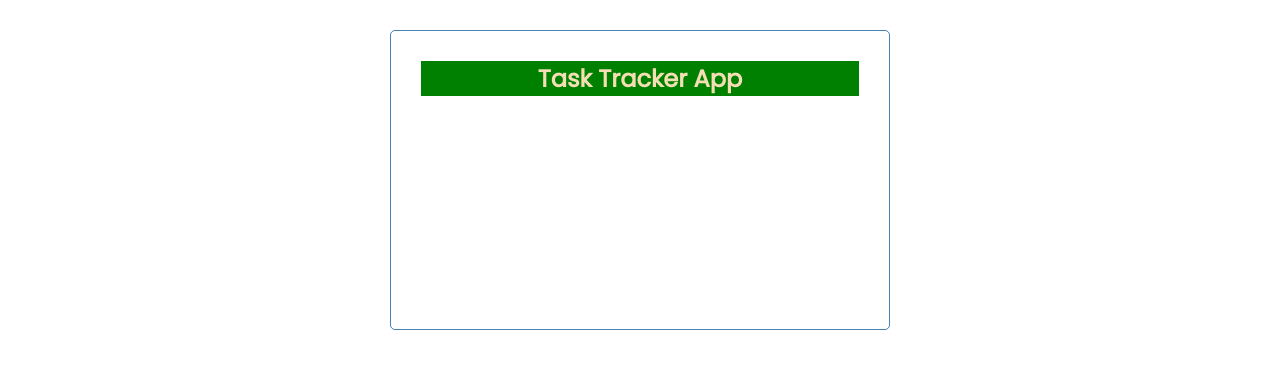
Repository: feyroozecode/task_tracker
Page: /
The author's editor kept a copy of each file at every save. The page is drawn from the files as they stood at one save, then again after the next save.
The browser window is 1280 px wide. The pictures show the whole page.
The project was rebuilt for these pictures with package versions that can differ from the ones it lists, and the page was loaded fresh each time.

Above is the page before, as saved 2023-10-19 16:12:01.

After the next save:
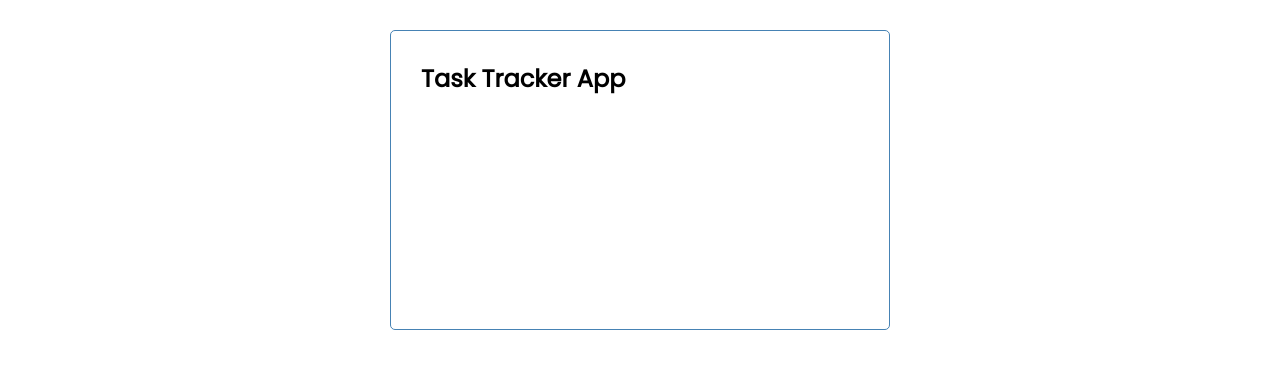
Saved 4 s later.
--- a/src/components/Header.js
+++ b/src/components/Header.js
@@ -3,7 +3,7 @@ import PropTypes from 'prop-types'
 const Header = ({ title }) => {
     return (
         <header>
-            <h2 style={headingStyles}> { title } </h2>
+            <h2 > { title } </h2>
         </header>
     )
 }
